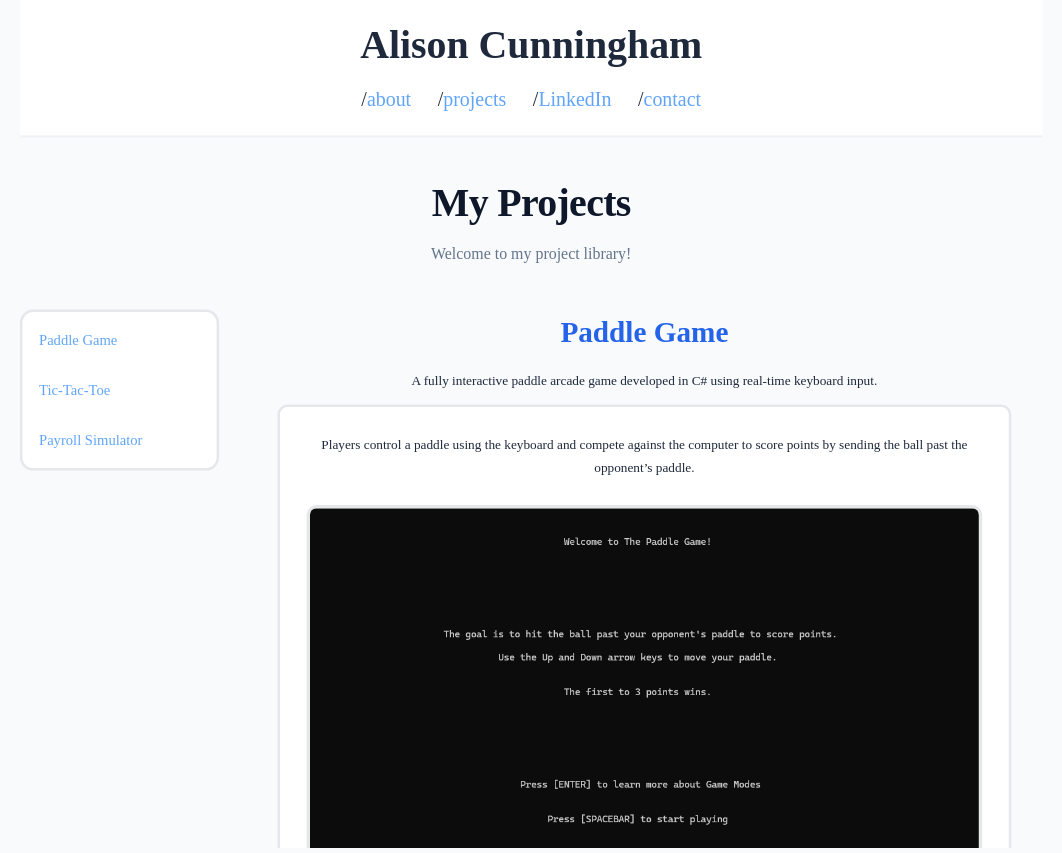
Repository: alison-cunningham/alison-cunningham
Page: pages/main-projects-page.html
The author's editor kept a copy of each file at every save. The page is drawn from the files as they stood at one save, then again after the next save.
The browser window is 1280 px wide. The pictures show the whole page, at 83% of full size.
Some web fonts or font styles are not loaded; a fallback is used.

Above is the page before, as saved 2026-05-12 21:18:16.

After the next save:
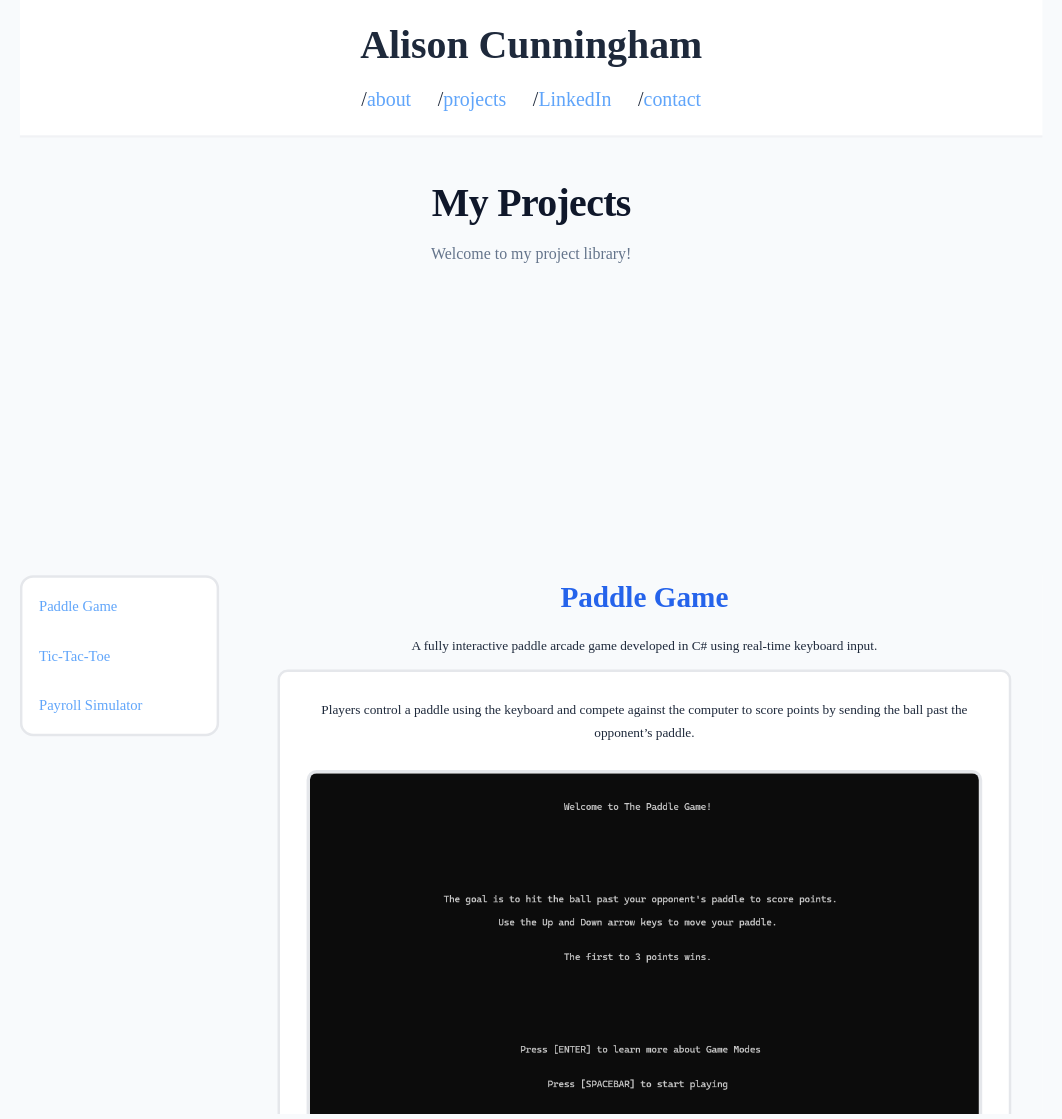
Saved 10 s later.
--- a/styles/pages.css
+++ b/styles/pages.css
@@ -172,7 +172,7 @@ iframe{
     }
 
     .main-header{
-        padding-bottom: 2rem;
+        padding-bottom: 22rem;
     }
 
 }
